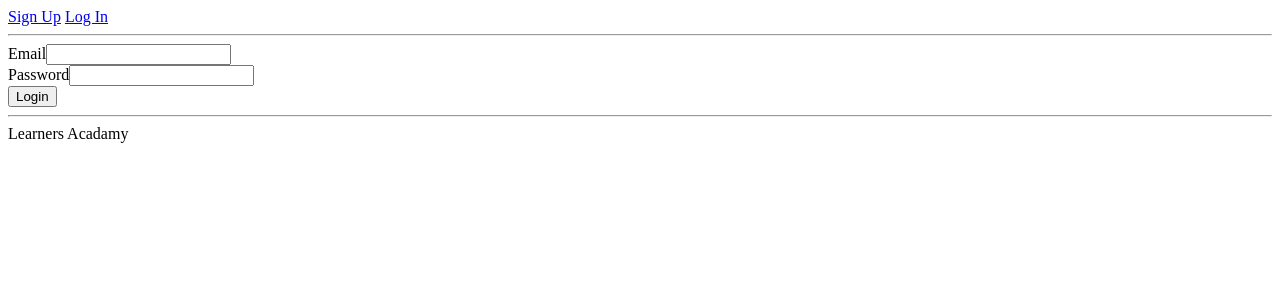
Repository: zshafi01/LearnerAcadamy
Page: http://localhost/LearnerAcadamy/login.jsp
These files come from the project's save history. The page is drawn as it stood at one moment and after the next save; the edit follows.
The browser window is 1280 px wide. The pictures show the whole page.
The page is served by Tomcat 9.

Above is the page before, as saved 2021-02-03 20:26:25.

After the next save:
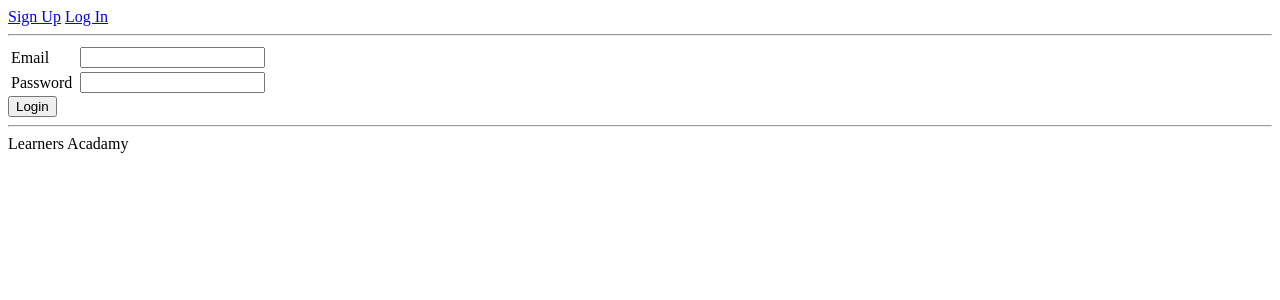
Saved 45 min 36 s later.
--- a/LearnerAcadamy/WebContent/login.jsp
+++ b/LearnerAcadamy/WebContent/login.jsp
@@ -16,9 +16,10 @@
 
 <div>
 <form method="post" action="loginHandle">
-
-Email<input type="email" name="email"><br/>
-Password<input type="password" name="password"><br/>
+<table>
+<tr><td>Email<td><td><input type="email" name="email"><td></tr>
+<tr><td>Password<td><td><input type="password" name="password"><td></tr>
+</table>
 
 
 <input type="submit" value="Login">
